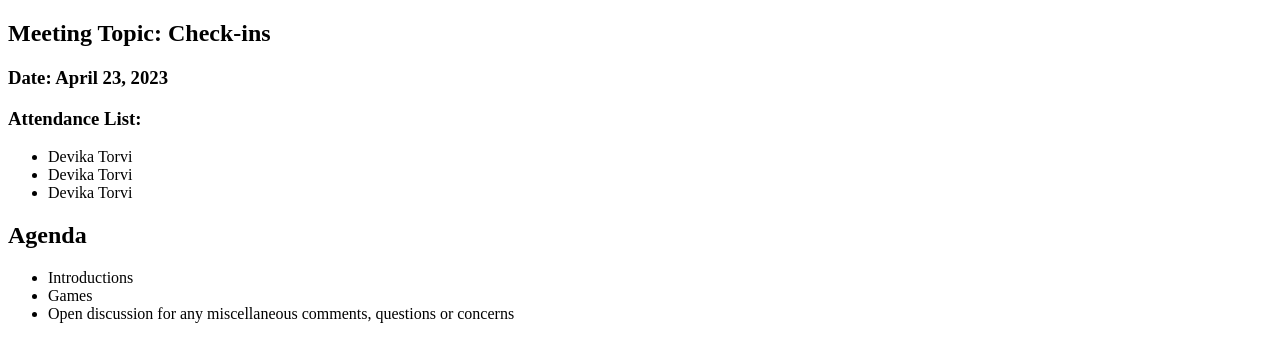
Repository: dtorvi/sp23-cse110-lab3
Page: index.html
An editor plug-in stored every save of this project. The page is shown before and after the next save, followed by the edit.
The browser window is 1280 px wide. The pictures show the whole page.

Above is the page before, as saved 2023-04-23 13:35:07.

After the next save:
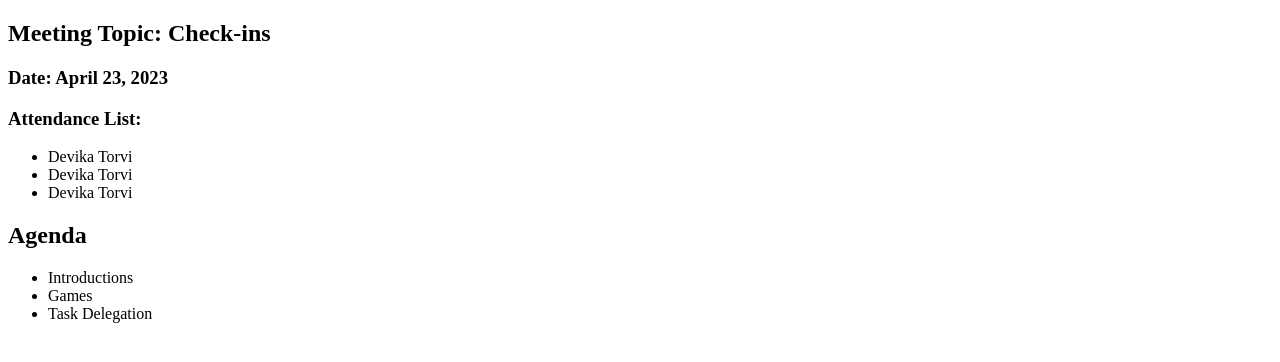
Saved 9 s later.
--- a/index.html
+++ b/index.html
@@ -17,7 +17,7 @@
         <ul>
             <li>Introductions</li>
             <li>Games</li>
-            <li>Open discussion for any miscellaneous comments, questions or concerns</li>
+            <li>Task Delegation</li>
         </ul>
       </section>
   </body>
